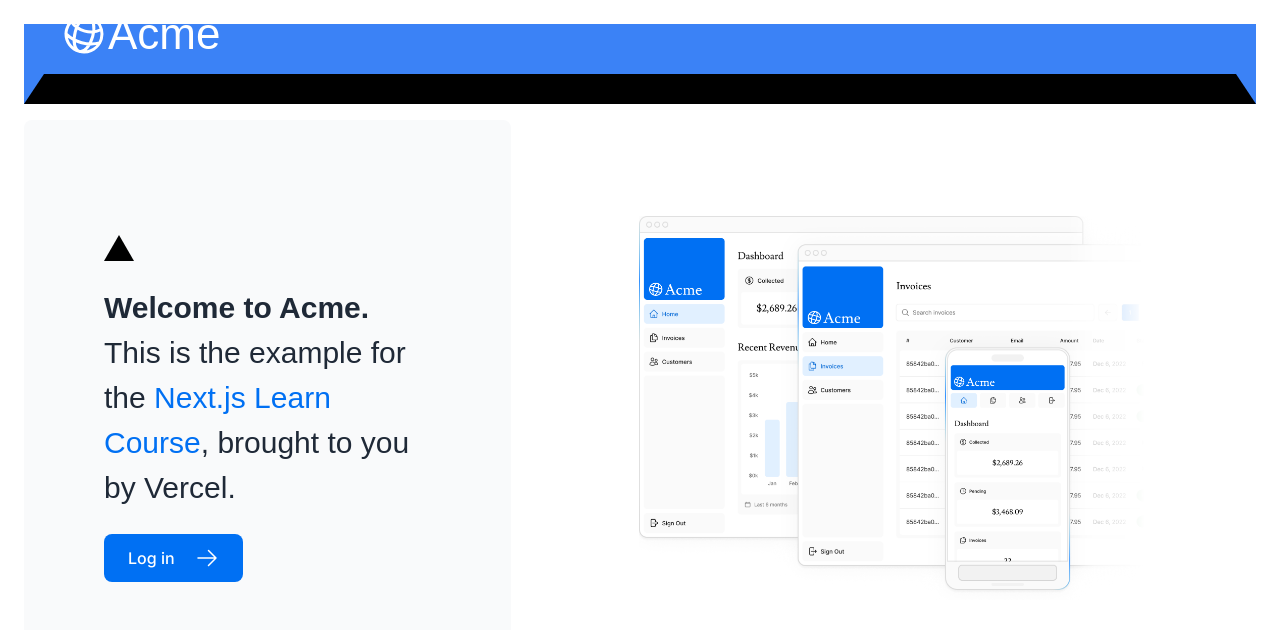
Repository: rlhardrock/NextJS
Page: /
The author's editor kept a copy of each file at every save. The page is drawn from the files as they stood at one save, then again after the next save.
The browser window is 1280 px wide. The pictures show the whole page.
Some web fonts or font styles are not loaded; a fallback is used. The project was rebuilt for these pictures with package versions that can differ from the ones it lists, and the page was loaded fresh each time. The framework's server and built-in components were replaced by stand-ins that run in the browser. Also part of the build but not shown: next.config.ts.

Above is the page before, as saved 2024-12-15 21:16:44.

After the next save:
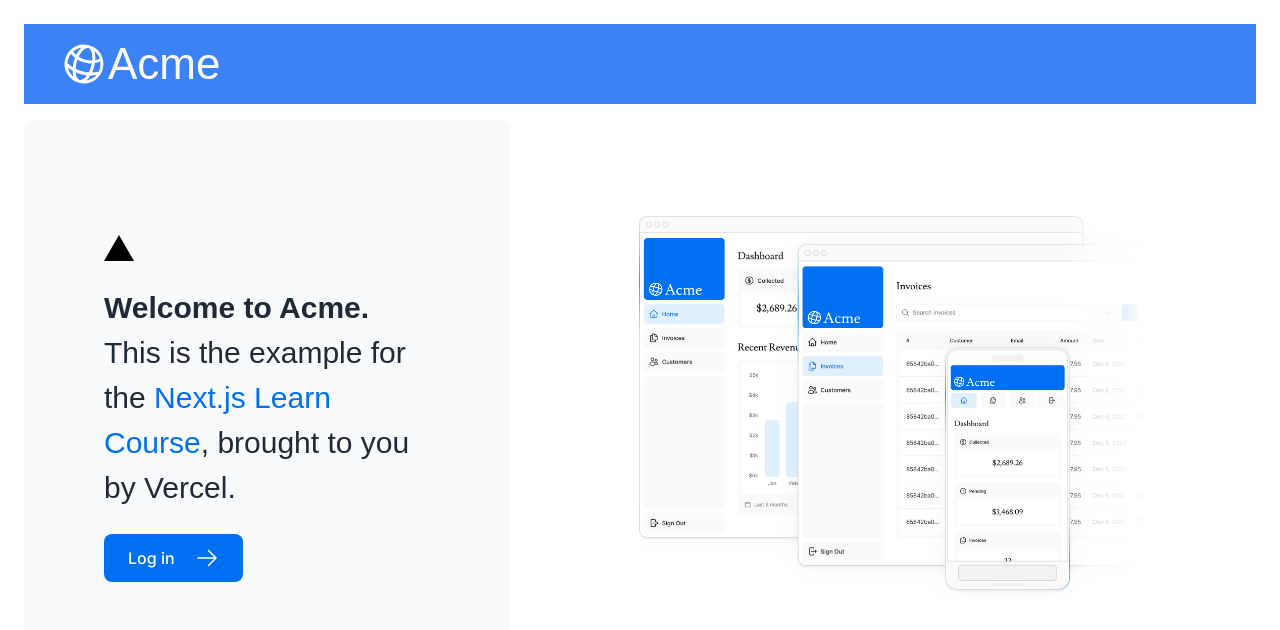
Saved 23 s later.
--- a/app/ui/home.module.css
+++ b/app/ui/home.module.css
@@ -1,7 +1,7 @@
 .shape {
   /* height: 0; */
   /* width: 0; */
-  border-bottom: 30px solid black;
+  /* border-bottom: 30px solid black; */
   border-left: 20px solid transparent;
   border-right: 20px solid transparent;
   display: flex; /* Corresponde a "flex" */
